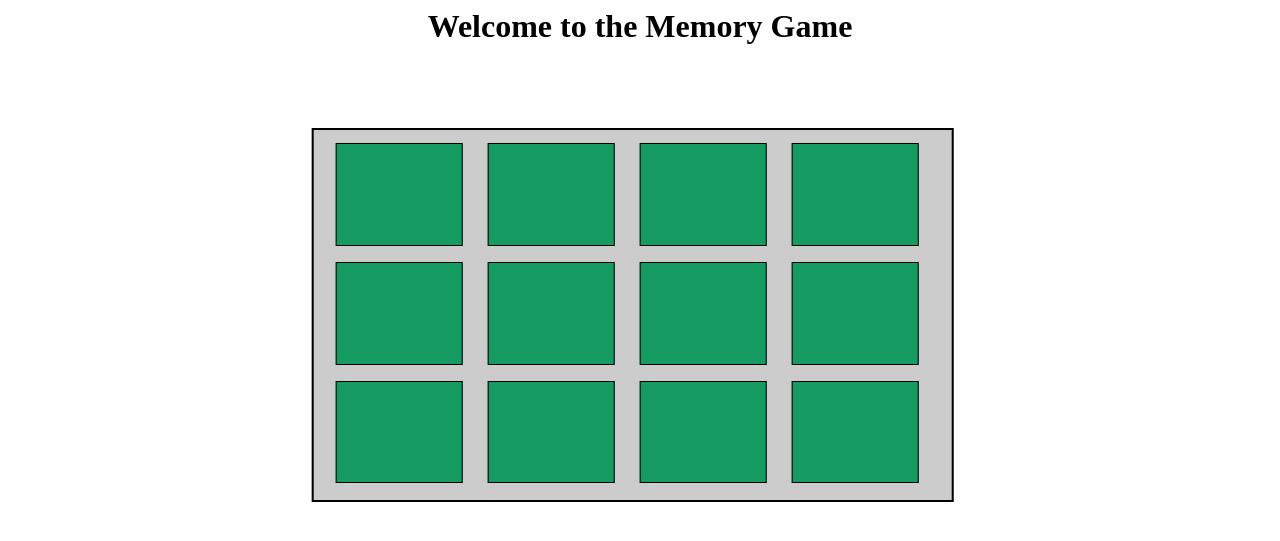
Repository: Code-Institute-Submissions/InteractiveMilestoneProject
Page: index.html
The author's editor kept a record of every edit. The page is drawn from the files as they stood at one moment, then again after the next edit.
The browser window is 1280 px wide. The pictures show the whole page.

Above is the page before.

After the next edit:
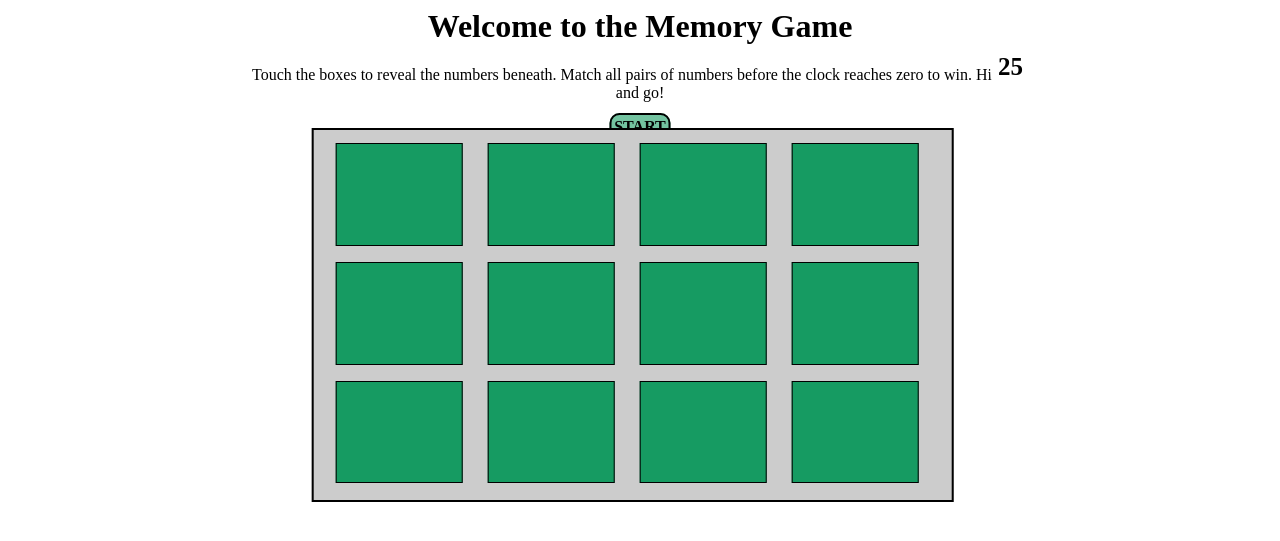
The edit:
--- a/index.html
+++ b/index.html
@@ -13,7 +13,11 @@
 <body>
    <div id="cont">
         <h1>Welcome to the Memory Game</h1>
+        <p>Touch the boxes to reveal the numbers beneath. Match all pairs of numbers before the clock reaches zero to win. Hit start and go!</p>
+        <span id="start">START</span>
+         <div id="borde"></div>
         <div id="table_memoria"></div>
+        <div id="cronometro"><span>25</span></div>
     </div>
 
      <script type="text/javascript" src="https://code.jquery.com/jquery-git.min.js"></script>
